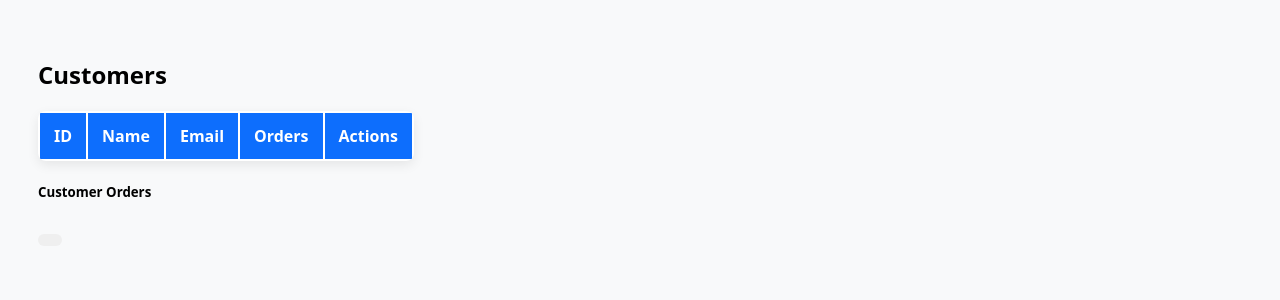
Repository: Kanika0004/CampusStore
Page: admin/customers.html
These files come from the project's save history. The page is drawn as it stood at one moment and after a run of saves; the edit follows.
The browser window is 1280 px wide. The pictures show the whole page.

Above is the page before, as saved 2026-03-18 21:32:40.
Console error (its wording comes from the project's code and is left out).

After the next 3 saves:
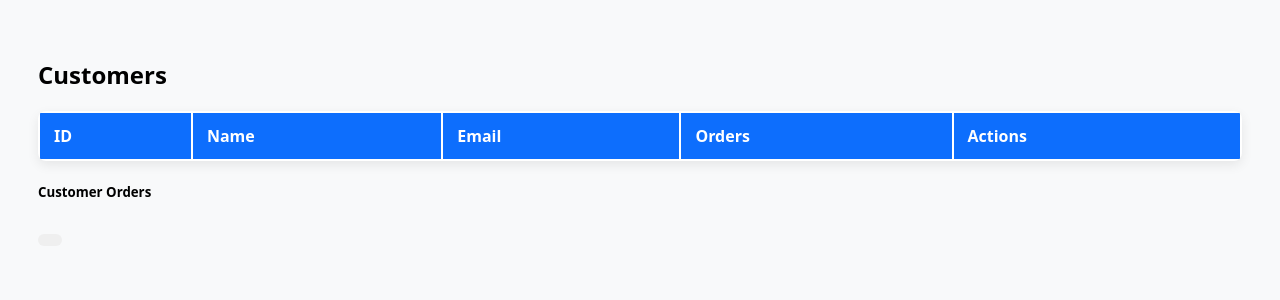
The 3 saves are shown as one change because they came seconds apart.
The last was saved 32 s later.
--- a/admin/customers.html
+++ b/admin/customers.html
@@ -1,6 +1,9 @@
 <!DOCTYPE html>
 <html>
 <head>
+
+<link rel="stylesheet" href="css/styles.css">
+
 <title>Customers</title>
 
 <style>
